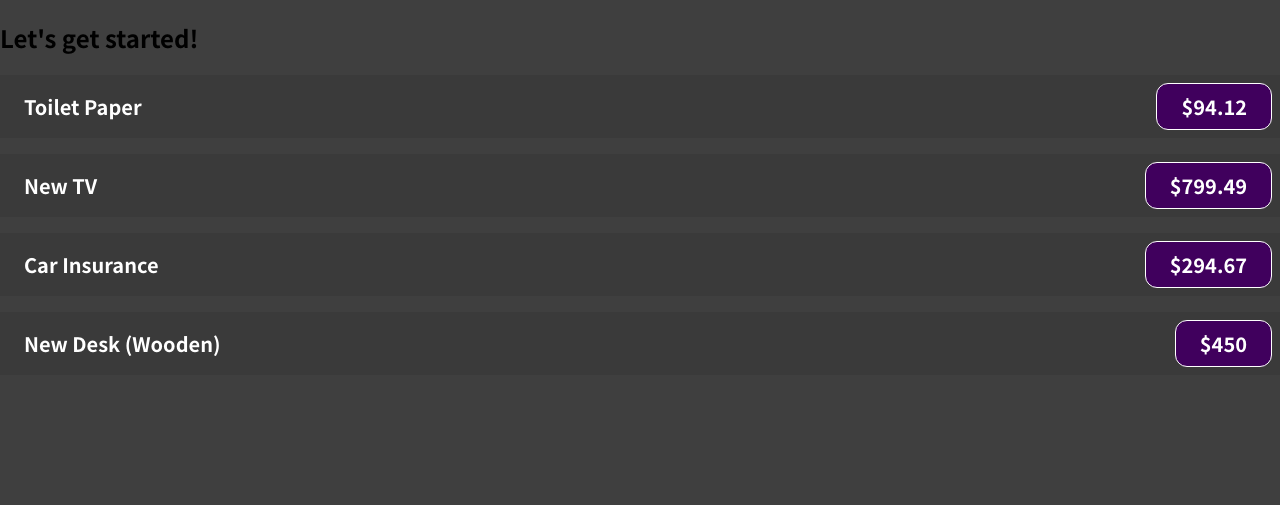
Repository: pial0007l/React
Page: / (app in 01-starting-setup/)
An editor plug-in stored every save of this project. The page is shown before and after a run of saves, followed by the edit.
The browser window is 1280 px wide. The pictures show the whole page.
The project was rebuilt for these pictures with package versions that can differ from the ones it lists, and the page was loaded fresh each time.

Above is the page before, as saved 2021-07-03 12:25:22.

### 01-starting-setup/src/App.js
import ExpenseItem from './components/ExpenseItem'

function App() {
  const expenses = [
    {
      id: 'e1',
      title: 'Toilet Paper',
      amount: 94.12,
      date: new Date(2020, 7, 14),
    },
    { id: 'e2', title: 'New TV', amount: 799.49, date: new Date(2021, 2, 12) },
    {
      id: 'e3',
      title: 'Car Insurance',
      amount: 294.67,
      date: new Date(2021, 2, 28),
    },
    {
      id: 'e4',
      title: 'New Desk (Wooden)',
      amount: 450,
      date: new Date(2021, 5, 12),
    },
  ];
  return (
    <div>
      <h2>Let's get started!</h2>

      <ExpenseItem
        title = {expenses[0].title}
        date = {expenses[0].date}
        amount = {expenses[0].amount}
      />
       <ExpenseItem
        title = {expenses[1].title}
        date = {expenses[1].date}
        amount = {expenses[1].amount}
      />
       <ExpenseItem
        title = {expenses[2].title}
        date = {expenses[2].date}
        amount = {expenses[2].amount}
      />
       <ExpenseItem
        title = {expenses[3].title}
        date = {expenses[3].date}
        amount = {expenses[3].amount}
      />

    </div>
  );
}

export default App;

### 01-starting-setup/src/components/ExpenseItem.js
import './ExpenseItem.css'

function ExpenseItem(props){
    return (
        <div className="expense-item">
             <div>
                 <div></div>
                 <div></div>
                 <div></div>
             </div>
             <div className='expense-item__description'>
                 <h2>{props.title}</h2>
                 <div className='expense-item__price'>${props.amount}</div>
             </div>
        </div>

    );
}

export default ExpenseItem;

### 01-starting-setup/src/components/Expenses/ExpenseItem.css
.expense-item {
    display: flex;
    justify-content: space-between;
    align-items: center;
    background-color: #3a3a3a;
    padding: 0.5rem;
    margin: 1rem 0;
  }

  .expense-item__description {
    display: flex;
    flex-direction: column;
    gap: 1rem;
    align-items: flex-end;
    flex-flow: column-reverse;
    justify-content: flex-start;
    flex: 1;
  }

  .expense-item h2 {
    color: #3a3a3a;
    font-size: 1rem;
    flex: 1;
    margin: 0 1rem;
    color: white;
  }

  .expense-item__price {
    font-size: 1rem;
    font-weight: bold;
    color: white;
    background-color: #40005d;
    border: 1px solid white;
    padding: 0.5rem;
    border-radius: 12px;
  }

  @media (min-width: 580px) {
    .expense-item__description {
      flex-direction: row;
      align-items: center;
      justify-content: flex-start;
      flex: 1;
    }

    .expense-item__description h2 {
      font-size: 1.25rem;
    }

    .expense-item__price {
      font-size: 1.25rem;
      padding: 0.5rem 1.5rem;
    }
  }

Loaded but not shown: 01-starting-setup/public/index.html (common file); 01-starting-setup/src/index.js (common file); 01-starting-setup/src/index.css (common file)

After the next 2 saves:
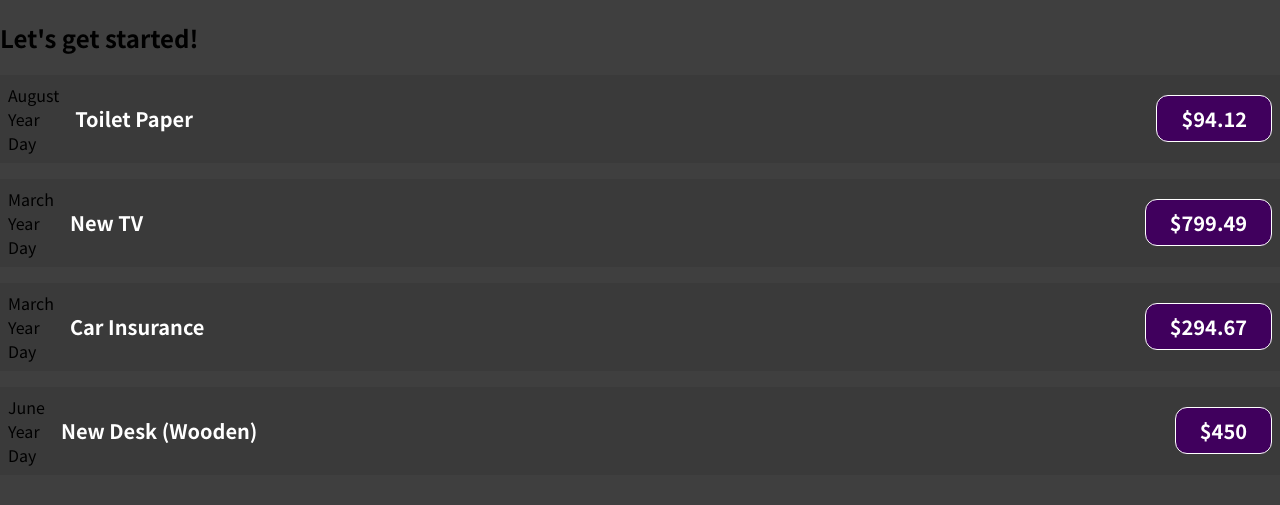
The 2 saves are shown as one change because 1 did not build or start.
The last was saved 112 s later.
--- a/01-starting-setup/src/components/ExpenseItem.js
+++ b/01-starting-setup/src/components/ExpenseItem.js
@@ -4,9 +4,9 @@ function ExpenseItem(props){
     return (
         <div className="expense-item">
              <div>
-                 <div></div>
-                 <div></div>
-                 <div></div>
+                 <div>{props.date.toLocaleString('en-US',{month: 'long'})}</div>
+                 <div>Year</div>
+                 <div>Day</div>
              </div>
              <div className='expense-item__description'>
                  <h2>{props.title}</h2>
